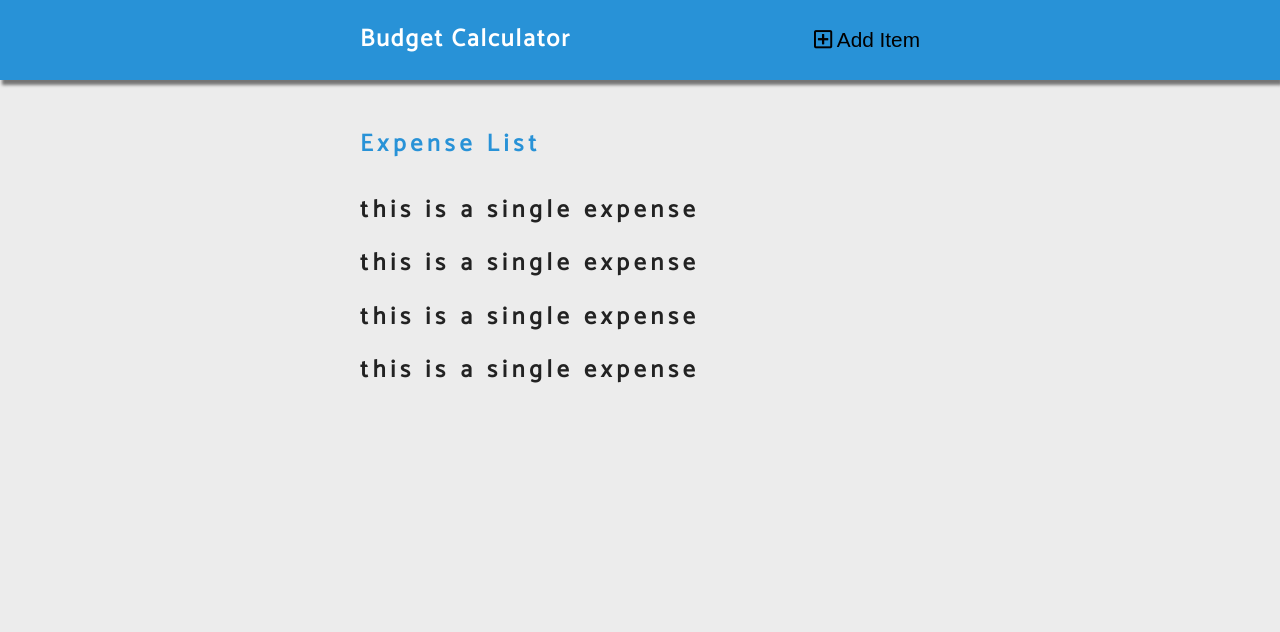
Repository: webdril/budget
Page: /
An editor plug-in stored every save of this project. The page is shown before and after the next save, followed by the edit.
The browser window is 1280 px wide. The pictures show the whole page.
The project was rebuilt for these pictures with package versions that can differ from the ones it lists, and the page was loaded fresh each time.

Above is the page before, as saved 2020-03-02 01:04:27.

### public/index.html
<!DOCTYPE html>
<html lang="en">
<head>
	<meta charset='utf-8'>
	<meta name='viewport' content='width=device-width,initial-scale=1'>

	<title>Budget Calculator</title>

	<link rel='icon' type='image/png' href='/favicon.png'>
	<link rel='stylesheet' href='/global.css'>
	<link rel='stylesheet' href='/build/bundle.css'>
	<!-- Font Awesome -->
	<link rel="stylesheet" href="fontawesome-free-5.11.2-web/css/all.min.css">

	<script defer src='/build/bundle.js'></script>
</head>

<body>
</body>
</html>

### src/App.svelte
<script>
// components
import Navbar from './Navbar.svelte'
import ExpensesList from './ExpensesList.svelte'

// Data
import expensesData from './expenses';

// variables
let expenses = [...expensesData];
</script>

<!-- CSS/STYLING -->

<Navbar />
<main class="content">
	<ExpensesList {expenses}/>
</main>

### src/Navbar.svelte
<nav class="nav">
	<div class="nav-center">
		<h1 class="nav-title">Budget Calculator</h1>
		<button type="button" class="nav-btn">
			<i class="far fa-plus-square" />
			Add Item
		</button>
	</div>
</nav>

### src/ExpensesList.svelte
<script>
import SectionTitle from './Title.svelte';
import Expense from './Expense.svelte';
export let expenses = [];
</script>

<style>
    h2 {
        text-transform: capitalize;
    }
</style>

<section>
    <SectionTitle title= 'expense list' />
    <ul>
        {#each expenses as expense, index}
            <Expense index={index + 1}/>
            {:else}
                <h2>Currently you have no expenses</h2>
        {/each}
    </ul>
</section>

### src/Title.svelte
<script>
export let title = "default title";

</script>


<div class="main-title">
 <h2>{title}</h2>
</div>

### src/Expense.svelte
<script>
export let expense
</script>
<div>

<h1>this is a single expense</h1>
</div>

### public/global.css
/*
======
Fonts
======
*/
@import url("https://fonts.googleapis.com/css?family=Catamaran:300,400&display=swap");
/*
======
Variables
======
*/
:root {
  --primaryColor: #2892d7;
  --mainWhite: #fff;
  --offWhite: #f7f7f7;
  --mainBlack: #222;
  --mainGrey: #ececec;
  --darkGrey: #afafaf;
  --mainTransition: all 0.3s linear;
  --mainSpacing: 0.3rem;
  --lightShadow: 2px 5px 3px 0px rgba(0, 0, 0, 0.5);
  --darkShadow: 4px 10px 5px 0px rgba(0, 0, 0, 0.5);
  --mainBorderRadius: 0.25rem;
}
/*
======
Global Styles
======
*/
* {
  margin: 0;
  padding: 0;
  box-sizing: border-box;
}

body {
  font-family: "Catamaran", sans-serif;
  color: var(--mainBlack);
  background: var(--mainGrey);
  line-height: 1.4;
  font-size: 1rem;
  font-weight: 300;
}
h1,
h2,
h3,
h4,
h5,
h6 {
  font-family: "Catamaran", sans-serif;
  margin-bottom: 1.25rem;
  letter-spacing: var(--mainSpacing);
}
p {
  margin-bottom: 1.25rem;
}
ul {
  list-style-type: none;
}
a {
  text-decoration: none;
  color: var(--mainBlack);
}
/*
======
Buttons
======
*/
.btn,
.btn-white,
.btn-primary {
  text-transform: uppercase;
  letter-spacing: var(--mainSpacing);
  color: var(--primaryColor);
  border: 2px solid var(--primaryColor);
  padding: 0.45rem 0.8rem;
  display: inline-block;
  transition: var(--mainTransition);
  cursor: pointer;
  font-size: 0.8rem;
  border-radius: var(--mainBorderRadius);
  background: transparent;
}
.btn:hover {
  background: var(--primaryColor);
  color: var(--mainWhite);
}
.btn-white {
  background: transparent;
  color: var(--primaryColor);
  border-color: var(--primaryColor);
}
.btn-white:hover {
  background: var(--mainWhite);
  color: var(--primaryColor);
}
.btn-primary {
  background: var(--primaryColor);
  color: var(--mainWhite);
  border-color: var(--primaryColor);
}
.btn-primary:hover {
  background: transparent;
  color: var(--primaryColor);
}
.btn-block {
  width: 100%;
  display: block;
  margin: 0 auto;
  box-shadow: var(--lightShadow);
}
.disabled {
  color: var(--darkGrey);
  border-color: var(--darkGrey);
}
.disabled:hover {
  background: transparent;
  color: var(--darkGrey);
  border-color: var(--darkGrey);
}
/*
======
Navbar
======
*/
.nav {
  background: var(--primaryColor);
  height: 5rem;
  display: flex;
  align-items: center;
  box-shadow: var(--lightShadow);
}

.nav-center {
  width: 85%;
  max-width: 35rem;
  margin: 0 auto;
  display: flex;
  justify-content: space-between;
}
.nav-title {
  text-transform: capitalize;
  color: var(--mainWhite);
  margin-bottom: 0;
  letter-spacing: 2px;
}
.nav-btn {
  background: transparent;
  font-size: 1.3rem;
  border: none;
  cursor: pointer;
  text-transform: capitalize;
  transition: var(--mainTransition);
}
.nav-btn:hover {
  color: var(--darkGrey);
}
/*
======
Content
======
*/
.content {
  padding: 3rem 0;
  width: 85vw;
  max-width: 35rem;
  margin: 0 auto;
}

/*
======
Main Title
======
*/
.main-title {
  text-transform: capitalize;
  color: var(--primaryColor);
  margin-bottom: 2rem;
}
/*
======
Single Expense
======
*/
.single-expense {
  display: flex;
  justify-content: space-between;
  text-transform: capitalize;
  align-items: center;
  margin-bottom: 2rem;
  padding: 1.3rem 1rem;
  border-radius: var(--mainBorderRadius);
  background: var(--mainWhite);
  box-shadow: var(--lightShadow);
}
.single-expense h2 {
  margin-bottom: 0;
  font-weight: 300;
}
.single-expense h4 {
  margin-bottom: 0;
  margin-top: 1rem;
  font-weight: 300;
  color: var(--primaryColor);
}

.expense-btn {
  font-size: 1rem;
  background: transparent;
  border: none;
  margin: 0 0.4rem;
  transition: var(--mainTransition);
  cursor: pointer;
}
.expense-btn:hover {
  transform: scale(1.2);
}
.amount-btn {
  font-size: 1.3rem;
  background: transparent;
  border: none;
  cursor: pointer;
  color: var(--primaryColor);
}
.delete-btn {
  color: red;
}
.edit-btn {
  color: green;
}
/*
======
Expense Form
======
*/

.expense-form {
  background: var(--mainWhite);
  padding: 1.25rem 1rem;
  text-transform: capitalize;
  border-radius: var(--mainBorderRadius);
  box-shadow: var(--lightShadow);
}

.form-control label {
  display: block;
}
.form-control input {
  width: 100%;
  border: none;
  border-bottom: 2px solid var(--darkGrey);
  margin-bottom: 1.25rem;
  padding: 0.5rem;
  font-size: 1.2rem;
}
.form-empty {
  text-align: center;
  color: red;
}
.form {
  position: relative;
  margin-bottom: 5rem;
}
.close-btn {
  position: absolute;
  top: 0;
  right: 0;
  font-size: 1.2rem;
  text-transform: capitalize;
  display: flex;
  align-items: center;
  width: 4.2rem;
  justify-content: space-between;
  background: transparent;
  border: none;
  color: red;
  cursor: pointer;
}
/*
======
Modal
======
*/
.modal-container {
  position: fixed;
  top: 0;
  left: 0;
  right: 0;
  bottom: 0;
  background: rgba(0, 0, 0, 0.7);
  z-index: 2;
}
.modal-content {
  background: var(--mainWhite);
  width: 85vw;
  max-width: 35rem;
  margin: 0 auto;
  margin-top: 5rem;
  padding: 3rem;
  border-radius: var(--mainBorderRadius);
  position: relative;
}
.modal-content .expense-form {
  box-shadow: none;
}
.modal-container .form {
  margin-bottom: 0;
}
.modal-container .expense-form {
  padding: 1.25rem 0;
}
.modal-container .form {
  position: static;
}
.modal-container .close-btn {
  top: 2%;
  right: 3%;
}
/*
======
Github Users
======
*/

.user {
  margin: 2rem 0;
  box-shadow: var(--lightShadow);
  display: grid;
  grid-template-columns: auto 1fr;
  border-radius: var(--mainBorderRadius);
  grid-column-gap: 2rem;
  background: var(--mainWhite);
}
.user img {
  width: 6rem;
  border-top-left-radius: var(--mainBorderRadius);
  border-bottom-left-radius: var(--mainBorderRadius);
}
.user-info {
  padding-top: 0.75rem;
}
.user-info h3 {
  margin-bottom: 0.75rem;
}

Loaded but not shown: src/main.js (common file); src/expenses.js (common file); public/fontawesome-free-5.11.2-web/css/all.min.css (library)

After the next save:
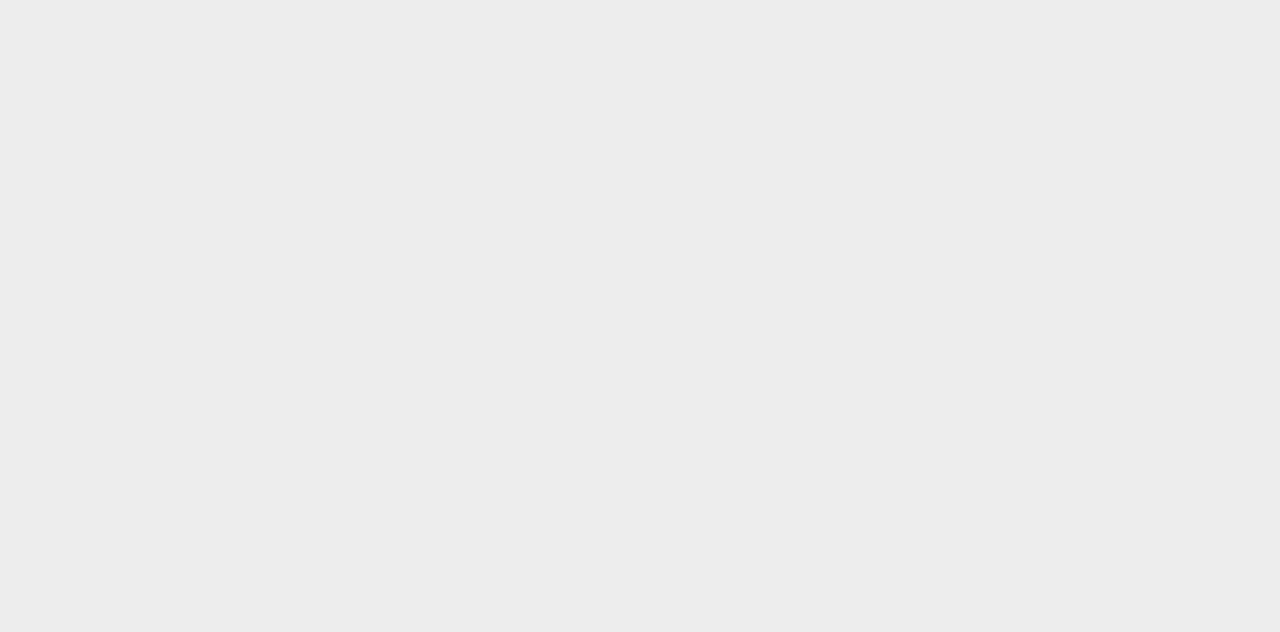
Console error: TypeError: Cannot read properties of undefined (reading 'name')
Saved 63 s later.
--- a/src/Expense.svelte
+++ b/src/Expense.svelte
@@ -3,5 +3,6 @@ export let expense
 </script>
 <div>
 
-<h1>this is a single expense</h1>
+<h1>title: {expense.name}</h1>
+<h2>amount: {expense.amount}</h2>
 </div>

After the save that followed:
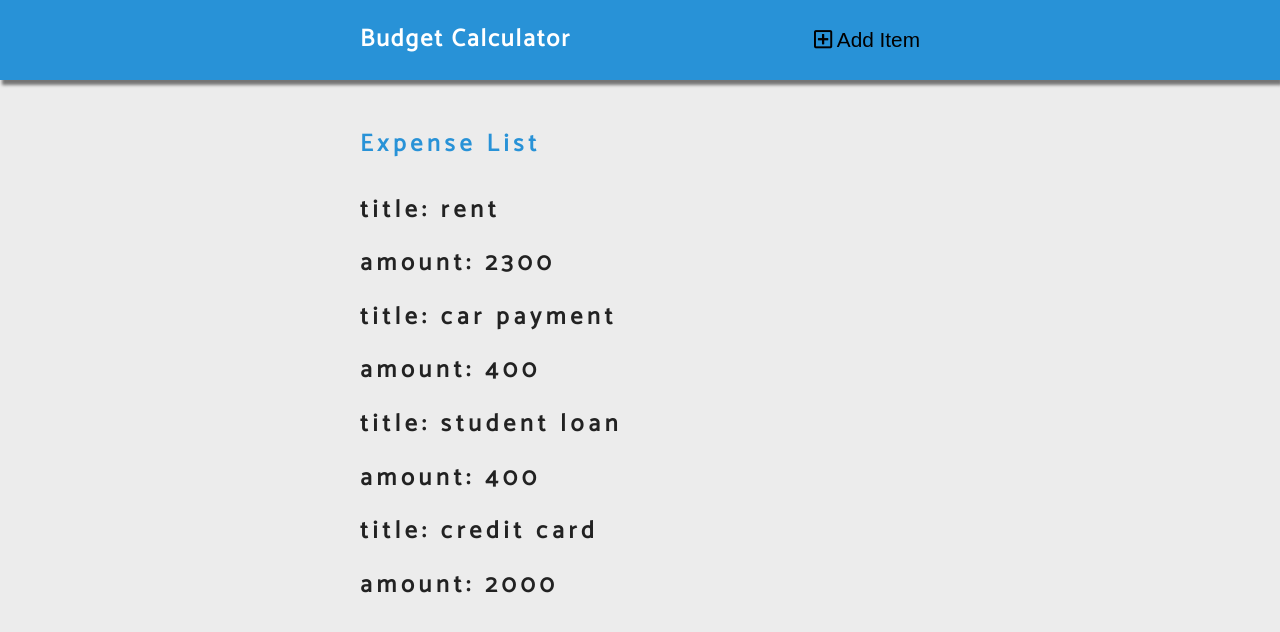
The error is gone.
Saved 17 s later.
--- a/src/ExpensesList.svelte
+++ b/src/ExpensesList.svelte
@@ -14,7 +14,7 @@ export let expenses = [];
     <SectionTitle title= 'expense list' />
     <ul>
         {#each expenses as expense, index}
-            <Expense index={index + 1}/>
+            <Expense {expense}/>
             {:else}
                 <h2>Currently you have no expenses</h2>
         {/each}
